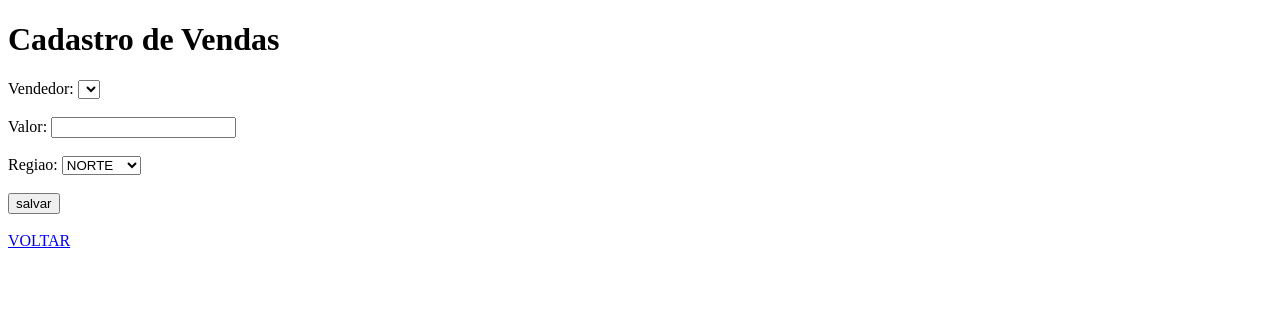
Repository: gabriellacrystina/workspaceWeb
Page: http://localhost/PrjVendas/CadastroVendas.jsp
An editor plug-in stored every save of this project. The page is shown before and after the next save, followed by the edit.
The browser window is 1280 px wide. The pictures show the whole page.
The page is served by Tomcat 9.

Above is the page before, as saved 2015-09-21 14:18:58.

After the next save:
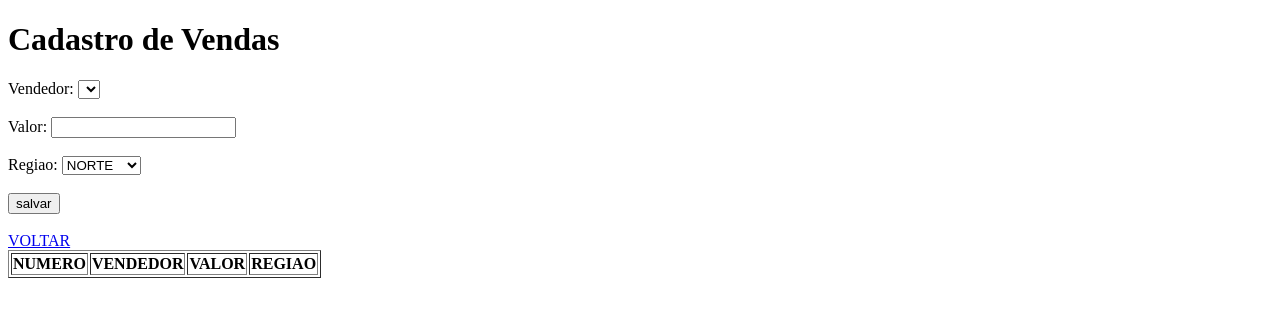
Saved 91 s later.
--- a/PrjVendas/WebContent/CadastroVendas.jsp
+++ b/PrjVendas/WebContent/CadastroVendas.jsp
@@ -43,7 +43,17 @@
 		<input type="submit" name="btnSubmit" value="salvar"><br><br>
 		</form>
 		<!--Fim o formulario-->
+		<!--Definindo a tabela que apresenta o resultado-->
 
+		<table border="1" style="width:20%">
+		<thead>
+			<tr>
+				<th>NUMERO</th>
+				<th>VENDEDOR</th>
+				<th>VALOR</th>
+				<th>REGIAO</th>
+			</tr>
+		</thead>
 
 
 
